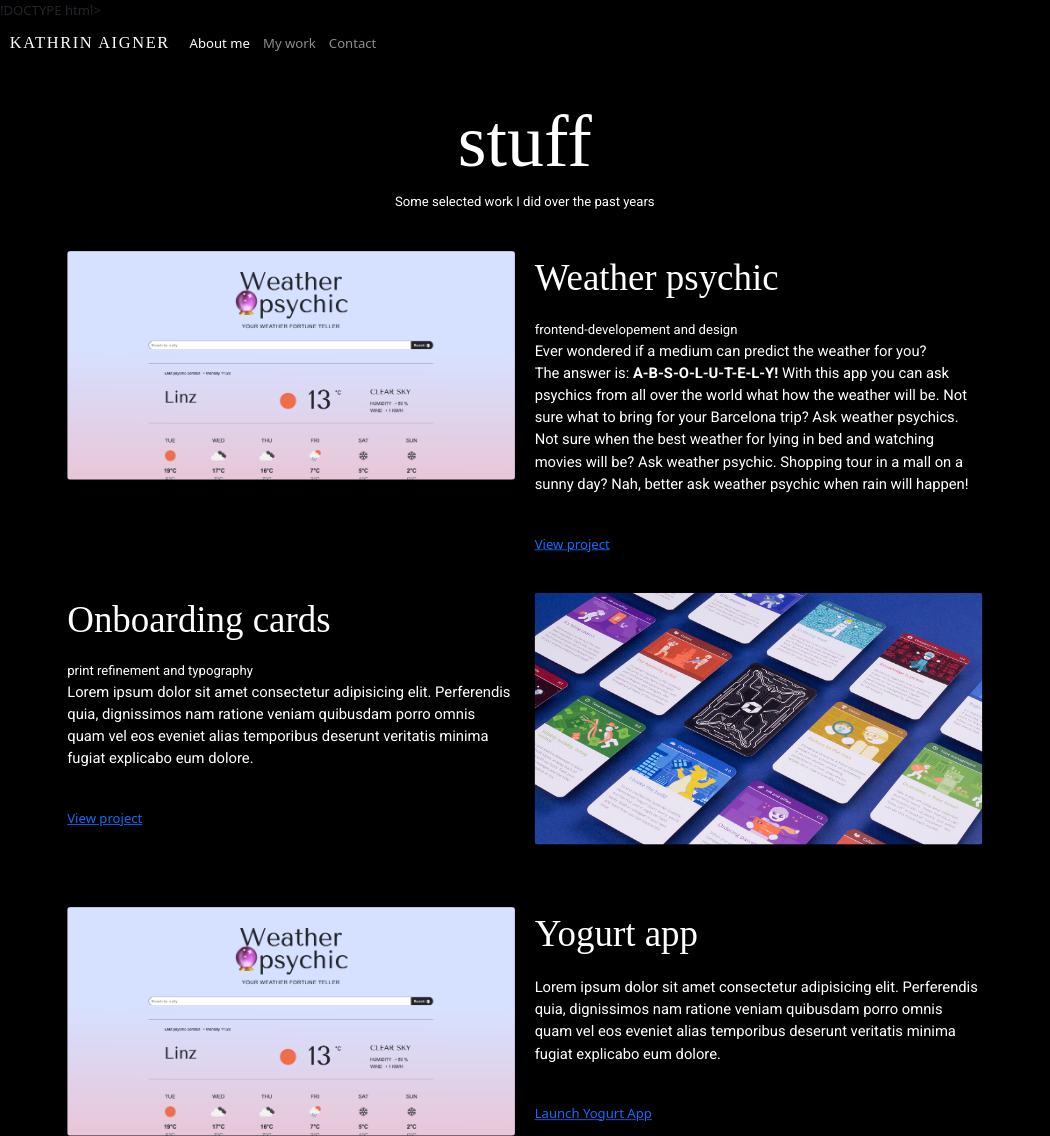
Repository: kathrin-aigner/Portfolio-2022
Page: work.html
The author's editor kept a copy of each file at every save. The page is drawn from the files as they stood at one save, then again after the next save.
The browser window is 1280 px wide. The pictures show the whole page, at 82% of full size.
Some web fonts or font styles are not loaded; a fallback is used. Some web libraries are served in a nearby version.

Above is the page before, as saved 2022-03-28 13:07:29.

After the next save:
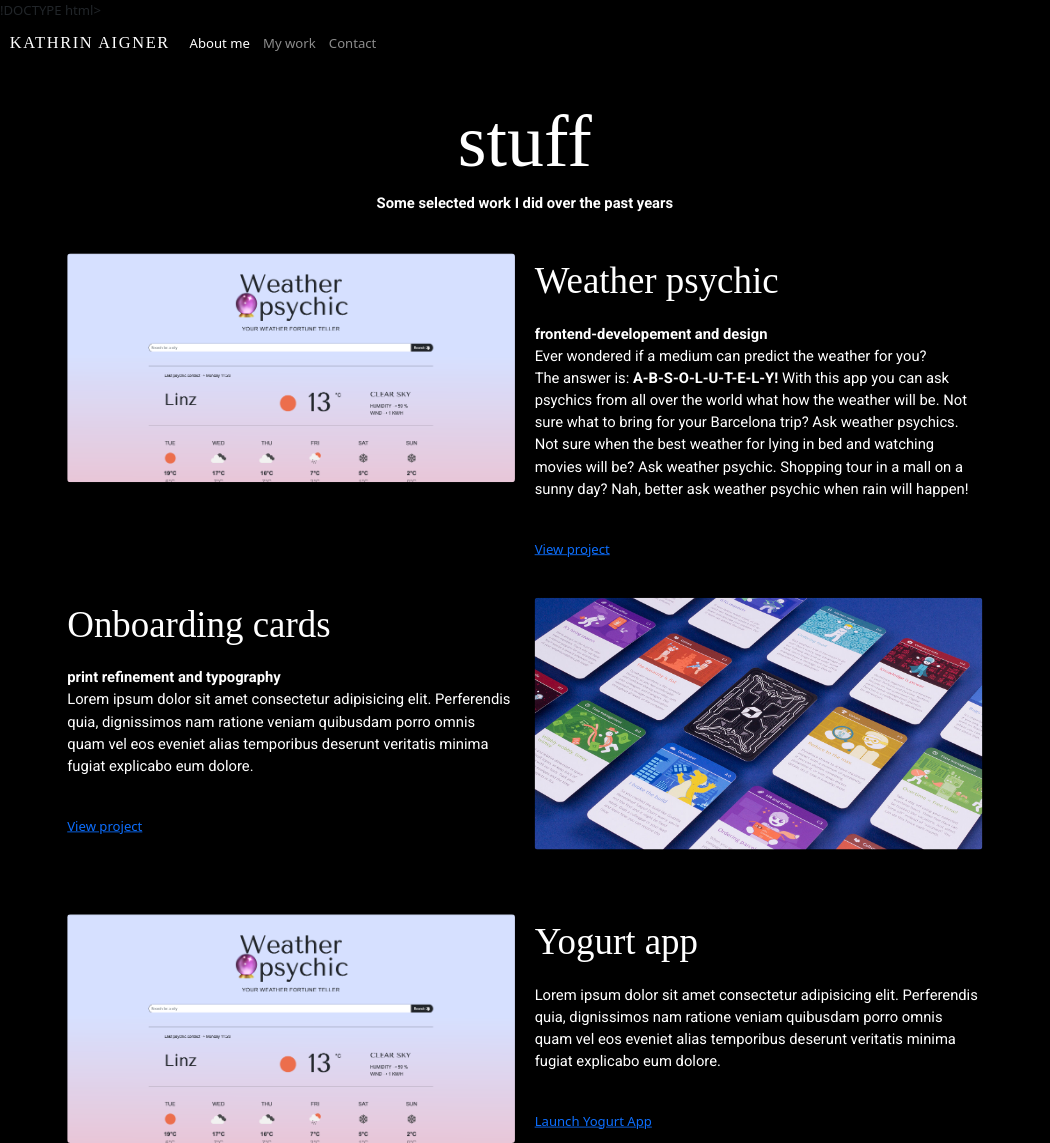
Saved 45 s later.
--- a/css/styles.css
+++ b/css/styles.css
@@ -42,7 +42,8 @@ body {
 }
 
 .introduction {
-  font-size: 16px;
+  font-size: 18px;
+  font-weight: bold;
   color: var(--primary-color);
   font-family: var(--default-font-family);
 }
